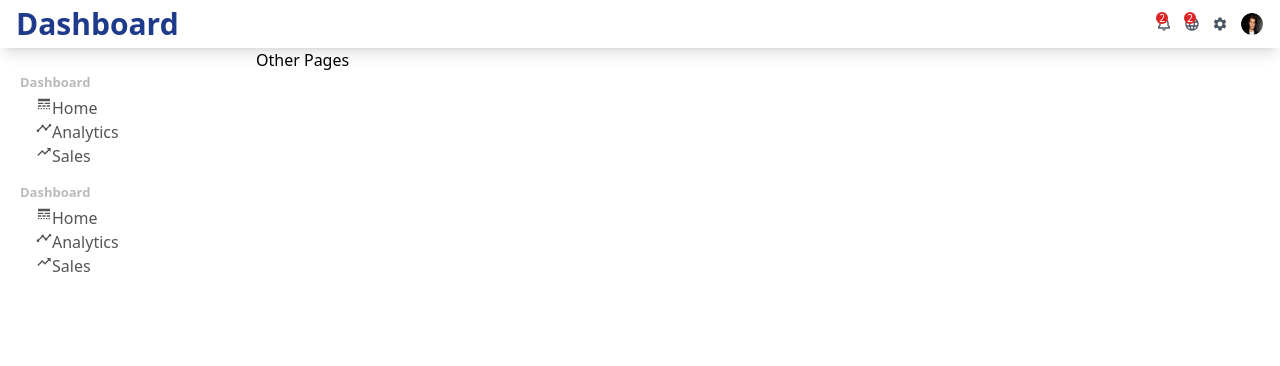
Repository: nation430/React-AdminDashboard
Page: /
An editor plug-in stored every save of this project. The page is shown before and after the next save, followed by the edit.
The browser window is 1280 px wide. The pictures show the whole page.
The project was rebuilt for these pictures with package versions that can differ from the ones it lists, and the page was loaded fresh each time.

Above is the page before, as saved 2022-08-18 12:04:24.

### public/index.html
<!DOCTYPE html>
<html lang="en">
  <head>
    <meta charset="utf-8" />
    <meta name="viewport" content="width=device-width, initial-scale=1" />
    <meta name="theme-color" content="#000000" />
    <meta
      name="description"
      content="Web site created using create-react-app"
    />
    <link rel="preconnect" href="https://fonts.googleapis.com" />
    <link rel="preconnect" href="https://fonts.gstatic.com" crossorigin />
    <link
      href="https://fonts.googleapis.com/css2?family=Source+Sans+Pro:wght@200;300;400;600;700&display=swap"
      rel="stylesheet"
    />

    <title>React Admin Dashboard</title>
  </head>
  <body>
    <noscript>You need to enable JavaScript to run this app.</noscript>
    <div id="root"></div>
  </body>
</html>

### src/index.css
@tailwind base;
h1 {
  @apply text-2xl;
}
h2 {
  @apply text-xl;
}
h3 {
  @apply text-lg;
}
@tailwind components;
@tailwind utilities;

* {
  margin: 0;
  padding:0;
  box-sizing: border-box;

}

### src/App.js
import Topbar from "./components/topbar/Topbar";
import Sidebar from "./components/sidebar/Sidebar";
import "./app.css";

function App() {
  return (
    <div>
      <Topbar />
      <div className="wrapper flex h-full">
        <Sidebar />
        <div className="other">Other Pages</div>
      </div>
    </div>
  );
}

export default App;

### src/components/topbar/Topbar.jsx
import React from "react";
import  "./topbar.css";
import { BiBell } from 'react-icons/bi';
import { MdLanguage, MdSettings  } from "react-icons/md";


export default function Topbar () {
    return(
        <div className="topbar w-full h-12 bg-white sticky top-0 z-50 shadow-lg ">
            <div className="topbarWeapper flex items-center justify-between h-full px-4 py-0">
            <div className="topLeft">
                <span className="logo font-bold text-3xl text-blue-900 cursor-pointer ...">Dashboard</span>
            </div>
            <div className="topRight flex items-center">

                {/* First icon  */}
                <div className="topbarIconsContainer relative cursor-pointer ... ml-3 text-gray-600">
                <BiBell />
                <span className="topIconBadge absolute text-white bg-red-600 right-1 -top-1 flex items-center justify-center rounded-full text-xs h-3 w-3">2</span>
                </div>

                   {/*second icon  */}
                <div className="topbarIconsContainer relative cursor-pointer ... ml-3 text-gray-600">
                <MdLanguage />
                <span className="topIconBadge absolute text-white bg-red-600 right-1 -top-1 flex items-center justify-center rounded-full text-xs h-3 w-3">2</span>
                </div>


                    {/*third icon  */}
                <div className="topbarIconsContainer relative cursor-pointer ... mx-3 text-gray-600">
                < MdSettings  />
                </div>

                <img src="images/img.png" alt="BigCo Inc. logo"  className="topAvater w-6 h-6 rounded-full cursor-pointer ..."/>

            </div>
            </div>
        </div>
    )

}

### src/components/sidebar/Sidebar.jsx
import "./sidebar.css";
import { MdLineStyle, MdOutlineTimeline, MdTrendingUp } from "react-icons/md";

export default function sidebar(){
    return(
        <div className="sidebar sticky bg-white">
        <div className="sidebarWrapper p-5">
            {/* first sidenavbar */}
            <div className="sidebarMenu mb-2.5">
                <h3 className="sidebarTitle">Dashboard</h3>
                <ul className="sidebarList px-4 py-0">
                    <li className="sidebarListItems flex">
                    <MdLineStyle />
                    Home
                    </li>

                    <li className="sidebarListItems flex">
                    <MdOutlineTimeline />
                    Analytics
                    </li>


                    <li className="sidebarListItems flex">
                    <MdTrendingUp />
                   Sales
                    </li>




                </ul>
            </div>

            {/* second sidenavbar */}
            <div className="sidebarMenu mb-2.5">
                <h3 className="sidebarTitle">Dashboard</h3>
                <ul className="sidebarList px-4 py-0">
                    <li className="sidebarListItems flex">
                    <MdLineStyle />
                    Home
                    </li>

                    <li className="sidebarListItems flex">
                    <MdOutlineTimeline />
                    Analytics
                    </li>


                    <li className="sidebarListItems flex">
                    <MdTrendingUp />
                   Sales
                    </li>
                </ul>
            </div>
        </div>
        </div>
    )
}

### src/app.css

* {
    margin: 0;
    padding:0;
    box-sizing: border-box;

}

.other {
    flex:4;

}

h1{
    font-size: 2em ;
    font-weight: bolder;
}

h2{
    font-size: 1.5em ;
    font-weight: bolder;
}

h3{
    font-size: 1.17em ;
    font-weight: bolder;
}

### src/components/topbar/topbar.css
.text-xs{
    font-size: 10px;
  }

### src/components/sidebar/sidebar.css
.sidebar{
    flex: 1;
    height: calc(100vh - 50px);
    top:50px;
}

.sidebarWrapper{
    color: #555;
}

.sidebarTitle{
    font-size: 13px;
    color:rgb(187, 186, 186);
}

Loaded but not shown: src/index.js (common file); tailwind.config.js (common file)

After the next save:
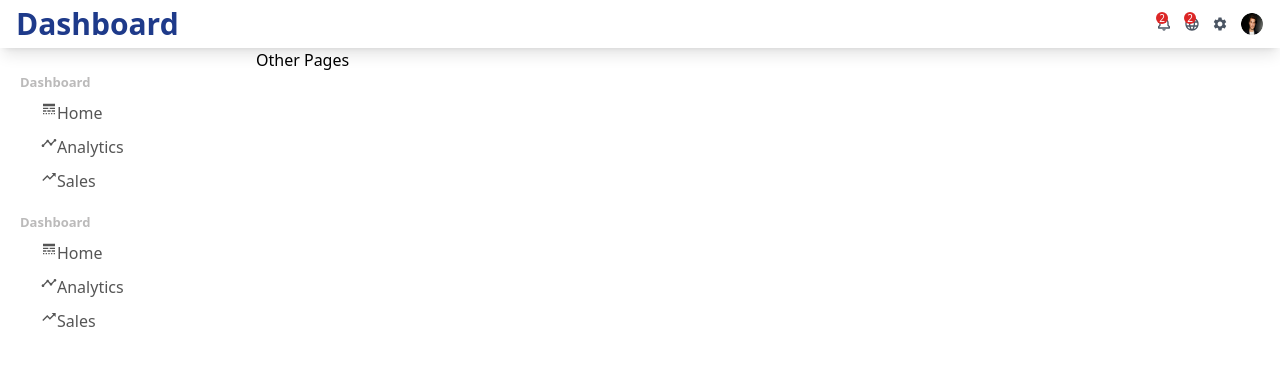
Saved 7 min 8 s later.
--- a/src/components/sidebar/sidebar.css
+++ b/src/components/sidebar/sidebar.css
@@ -12,3 +12,12 @@
     font-size: 13px;
     color:rgb(187, 186, 186);
 }
+
+.sidebarList{
+
+}
+
+
+.sidebarListItems {
+    padding:5px;
+}
